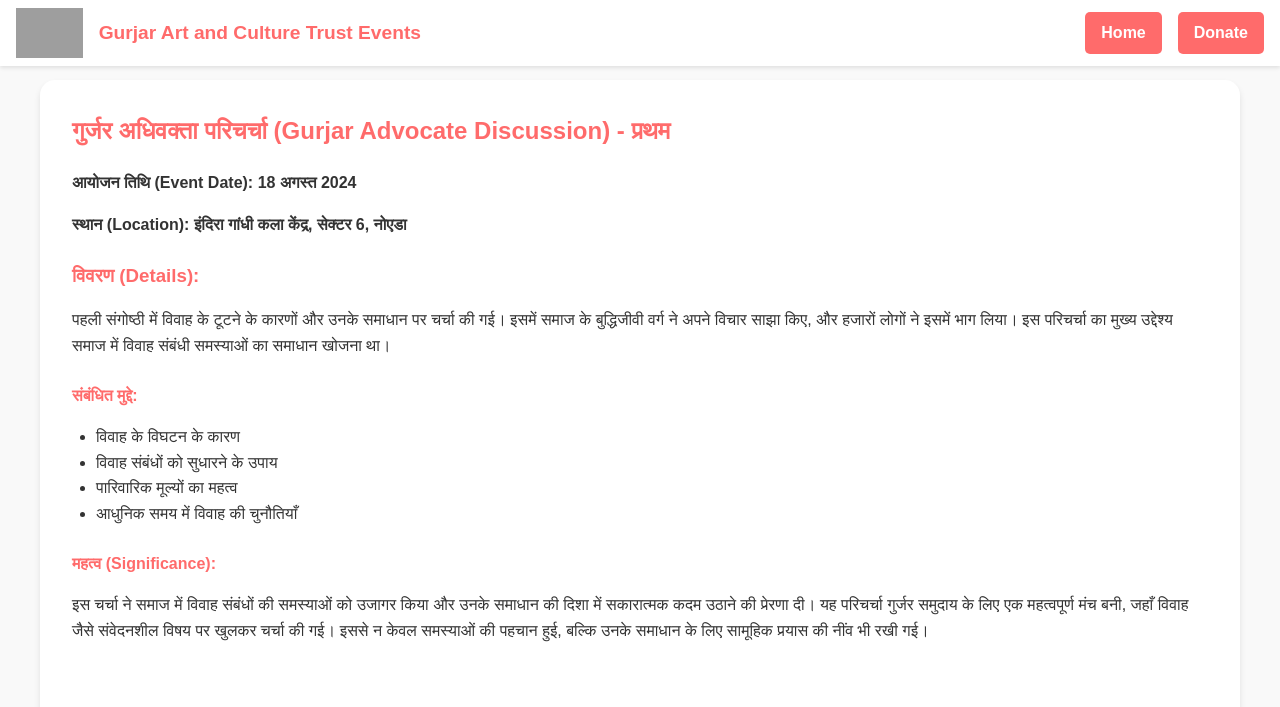
Repository: thegurjararyan/website-master
Page: components/events/eventspage/adhivaktacharcha.html
The author's editor kept a copy of each file at every save. The page is drawn from the files as they stood at one save, then again after the next save.
The browser window is 1280 px wide. The pictures show the part of the page from y = 0 to 707 px (the page is 2698 px tall before and 2829 px after).
Pictures or frames that could not be fetched are drawn as grey boxes.

Above is the page before, as saved 2024-10-26 01:32:09.

After the next save:
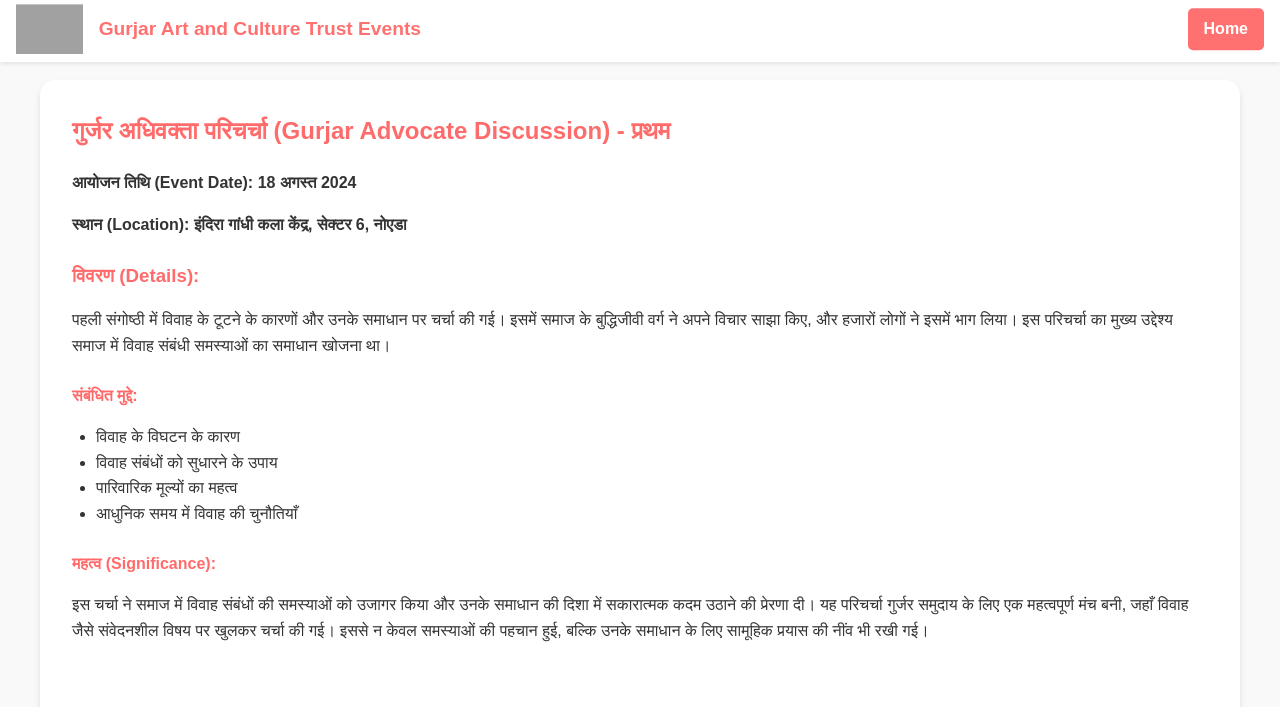
Saved 2 s later.
--- a/components/events/eventspage/adhivaktacharcha.html
+++ b/components/events/eventspage/adhivaktacharcha.html
@@ -32,6 +32,7 @@
             top: 0;
             z-index: 1000;
             box-sizing: border-box;
+            transition: all 0.3s ease;
         }
         .logo-title {
             display: flex;
@@ -165,21 +166,22 @@
         }
         @media (max-width: 768px) {
             .navbar {
-                flex-direction: column;
-                align-items: flex-start;
-                padding: 0.5rem;
+                flex-direction: row; /* Change from column to row */
+                align-items: center; /* Center align items vertically */
+                justify-content: space-between; /* Space items evenly */
+                padding: 0.5rem 1rem; /* Adjust padding */
             }
             .logo-title {
-                width: 100%;
-                justify-content: space-between;
-                margin-bottom: 0.5rem;
+                flex-grow: 1; /* Allow logo-title to take available space */
+                justify-content: flex-start; /* Align logo-title to the start */
+                margin-bottom: 0; /* Remove bottom margin */
             }
             .title {
                 font-size: 1rem;
             }
             .nav-buttons {
-                width: 100%;
-                justify-content: space-between;
+                flex-shrink: 0; /* Prevent nav-buttons from shrinking */
+                justify-content: flex-end; /* Align buttons to the end */
             }
             .btn {
                 padding: 0.3rem 0.7rem;
@@ -205,11 +207,11 @@
         </div>
         <div class="nav-buttons">
             <a href="#" class="btn">Home</a>
-            <a href="https://rzp.io/l/oRFXn1kO" class="btn">Donate</a>
         </div>
     </nav>
 
     <div class="container">
+        <!-- Event 1 -->
         <div class="event">
             <div class="event-info">
                 <h2>गुर्जर अधिवक्ता परिचर्चा (Gurjar Advocate Discussion) - प्रथम</h2>
@@ -250,18 +252,10 @@
                         <span class="view-image-text">देखें</span>
                     </div>
                 </div>
-            <div class="gallery-item">
-                <img src="https://picsum.photos/400/300?random=7" alt="गुर्जर अधिवक्ता परिचर्चा 7">
-                <div class="view-image-overlay">
-                    <span class="view-image-text">देखें</span>
-                </div>
-            </div>
-
-
-            </div>
-            </div>
-        </div>
-
+            </div>
+        </div>
+
+        <!-- Event 2 -->
         <div class="event">
             <div class="event-info">
                 <h2>गुर्जर अधिवक्ता परिचर्चा (Gurjar Advocate Discussion) - द्वितीय</h2>
@@ -302,20 +296,10 @@
                         <span class="view-image-text">देखें</span>
                     </div>
                 </div>
-            <div class="event-gallery">
-                <div class="gallery-item">
-                    <img src="https://picsum.photos/400/300?random=10" alt="गुर्जर अधिवक्ता परिचर्चा 7">
-                    <div class="view-image-overlay">
-                        <span class="view-image-text">देखें</span>
-                    </div>
-                </div>
-
-
-                </div>
-            </div>
-            </div>
-        </div>
-
+            </div>
+        </div>
+
+        <!-- Event 3 -->
         <div class="event">
             <div class="event-info">
                 <h2>गुर्जर अधिवक्ता परिचर्चा (Gurjar Advocate Discussion) - तृतीय</h2>
